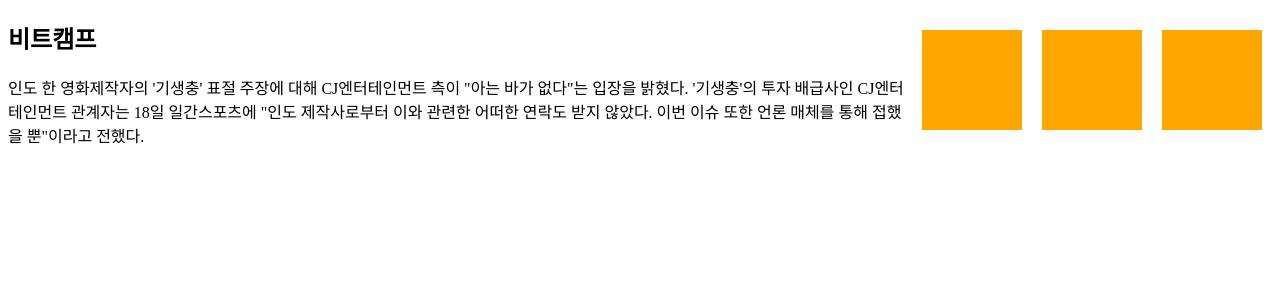
Repository: hminah0215/bitcamp
Page: http://localhost/day0218/exam03/ex03.jsp
The author's editor kept a copy of each file at every save. The page is drawn from the files as they stood at one save, then again after the next save.
The browser window is 1280 px wide. The pictures show the whole page.
The page is served by Tomcat 9.

Above is the page before, as saved 2020-02-18 03:22:04.

After the next save:
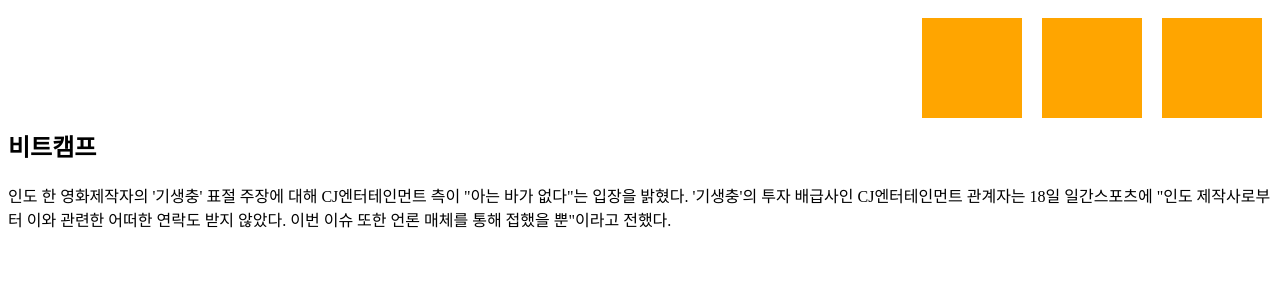
Saved 11 min 28 s later.
--- a/save_eclipse/day0218/WebContent/exam03/ex03.jsp
+++ b/save_eclipse/day0218/WebContent/exam03/ex03.jsp
@@ -8,6 +8,8 @@
 <style type="text/css">
 	.box{width: 100px; height: 100px; background: orange; display: inline-block;
 		float: right; margin: 10px;}
+
+		h2{clear: both;}
 </style>
 </head>
 <body>
